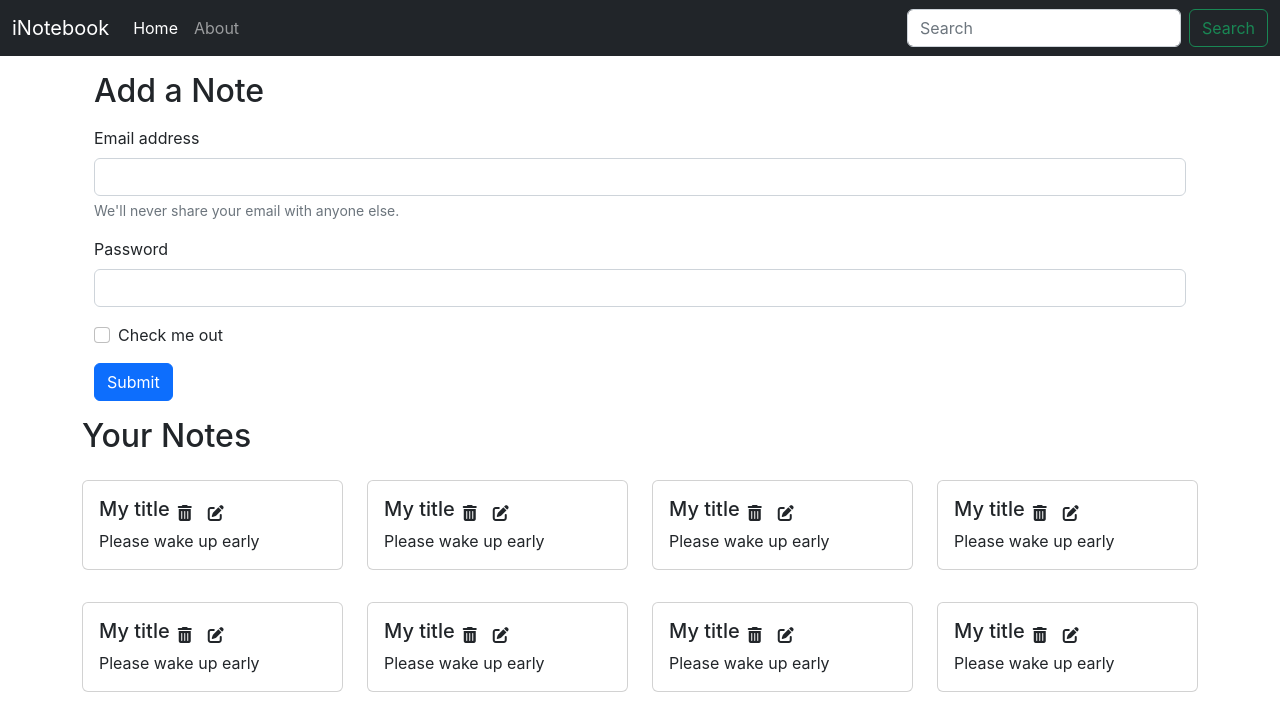
Repository: SatishPatil108/iNotebook-React
Page: /
The author's editor kept a copy of each file at every save. The page is drawn from the files as they stood at one save, then again after the next save.
The browser window is 1280 px wide. The pictures show the whole page.
Some web libraries are served in a nearby version. The project was rebuilt for these pictures with package versions that can differ from the ones it lists, and the page was loaded fresh each time. Also part of the build but not shown: src/App.css, src/components/About.js.

Above is the page before, as saved 2022-07-25 13:46:45.

### public/index.html
<!DOCTYPE html>
<html lang="en">

<head>
  <meta charset="utf-8" />
  <link rel="icon" href="%PUBLIC_URL%/favicon.ico" />
  <meta name="viewport" content="width=device-width, initial-scale=1" />
  <meta name="theme-color" content="#000000" />
  <meta name="description" content="Web site created using create-react-app" />
  <link rel="apple-touch-icon" href="%PUBLIC_URL%/logo192.png" />

  <link rel="manifest" href="%PUBLIC_URL%/manifest.json" />
  <link href="https://cdn.jsdelivr.net/npm/bootstrap@5.2.0/dist/css/bootstrap.min.css" rel="stylesheet"
    integrity="sha384-gH2yIJqKdNHPEq0n4Mqa/HGKIhSkIHeL5AyhkYV8i59U5AR6csBvApHHNl/vI1Bx" crossorigin="anonymous">

  <title>iNotebook - Your Notes Secured in the Cloud</title>
</head>

<body>
  <noscript>You need to enable JavaScript to run this app.</noscript>
  <div id="root"></div>
  <script src="https://kit.fontawesome.com/e892c3092d.js" crossorigin="anonymous"></script>
  <script src="https://cdn.jsdelivr.net/npm/@popperjs/core@2.11.5/dist/umd/popper.min.js"
    integrity="sha384-Xe+8cL9oJa6tN/veChSP7q+mnSPaj5Bcu9mPX5F5xIGE0DVittaqT5lorf0EI7Vk"
    crossorigin="anonymous"></script>
  <script src="https://cdn.jsdelivr.net/npm/bootstrap@5.2.0/dist/js/bootstrap.min.js"
    integrity="sha384-ODmDIVzN+pFdexxHEHFBQH3/9/vQ9uori45z4JjnFsRydbmQbmL5t1tQ0culUzyK"
    crossorigin="anonymous"></script>

</body>

</html>

### src/App.js
import './App.css';
import {
  BrowserRouter as Router,
  Routes,
  Route
} from "react-router-dom";
import Navbar from './components/Navbar';
import Home from './components/Home';
import About from './components/About';
import NoteState from './context/notes/NoteState';

function App() {
  return (
    <>
      <NoteState>
        <Router>
          <Navbar />
          <div className="container">
            <Routes>
              <Route exact path="/" element={<Home />}></Route>
              <Route exact path="/about" element={<About />}></Route>
            </Routes>
          </div>
        </Router>
      </NoteState>
    </>
  );
}

export default App;

### src/components/Navbar.js
import React, { useEffect } from 'react'
import { Link, useLocation } from "react-router-dom";

const Navbar = () => {

    let location = useLocation();
    useEffect(() => {
        console.log(location.pathname);
    }, [location]);
    return (
        <div>
            <nav className="navbar navbar-expand-lg navbar-dark  bg-dark">
                <div className="container-fluid">
                    <Link className="navbar-brand" to="/">iNotebook</Link>
                    <button className="navbar-toggler" type="button" data-bs-toggle="collapse" data-bs-target="#navbarSupportedContent" aria-controls="navbarSupportedContent" aria-expanded="false" aria-label="Toggle navigation">
                        <span className="navbar-toggler-icon"></span>
                    </button>
                    <div className="collapse navbar-collapse" id="navbarSupportedContent">
                        <ul className="navbar-nav me-auto mb-2 mb-lg-0">
                            <li className="nav-item">
                                <Link className={`nav-link ${location.pathname === "/" ? "active" : ""}`} aria-current="page" to="/">Home</Link>
                            </li>
                            <li className="nav-item">
                                <Link className={`nav-link ${location.pathname === "/about" ? "active" : ""}`} to="/about">About</Link>
                            </li>
                        </ul>
                        <form className="d-flex" role="search">
                            <input className="form-control me-2" type="search" placeholder="Search" aria-label="Search" />
                            <button className="btn btn-outline-success" type="submit">Search</button>
                        </form>
                    </div>
                </div>
            </nav>
        </div>
    )
}

export default Navbar

### src/components/Home.js
import Notes from './Notes';

const Home = () => {
    return (
        <div>
            <div className="container my-3">
                <h2>Add a Note</h2>
                <form className="my-3">
                    <div className="mb-3">
                        <label htmlFor="exampleInputEmail1" className="form-label">Email address</label>
                        <input type="email" className="form-control" id="exampleInputEmail1" aria-describedby="emailHelp" />
                        <div id="emailHelp" className="form-text">We'll never share your email with anyone else.</div>
                    </div>
                    <div className="mb-3">
                        <label htmlFor="exampleInputPassword1" className="form-label">Password</label>
                        <input type="password" className="form-control" id="exampleInputPassword1" />
                    </div>
                    <div className="mb-3 form-check">
                        <input type="checkbox" className="form-check-input" id="exampleCheck1" />
                        <label className="form-check-label" htmlFor="exampleCheck1">Check me out</label>
                    </div>
                    <button type="submit" className="btn btn-primary">Submit</button>
                </form>
            </div>
            <Notes />
        </div>
    )
}

export default Home

### src/context/notes/NoteState.js
import NoteContext from "./noteContext";
import { useState } from "react";
const NoteState = (props) => {
    const notesInitial = [
        {
            "_id": "62da4a9m3624101fbcba2f70b",
            "user": "62da3547e5c581994402a424",
            "title": "My title",
            "description": "Please wake up early",
            "tag": "Personal",
            "date": "2022-07-22T06:58:27.100Z",
            "__v": 0
        },
        {
            "_id": "62da4a9362b4101fbcba2f70d",
            "user": "62da3547e5c581994402a424",
            "title": "My title",
            "description": "Please wake up early",
            "tag": "Personal",
            "date": "2022-07-22T06:58:27.254Z",
            "__v": 0
        },
        {
            "_id": "62da4b55g247e3f71d9903681",
            "user": "62da3547e5c581994402a424",
            "title": "My title",
            "description": "Please wake up early",
            "tag": "Personal",
            "date": "2022-07-22T07:01:41.403Z",
            "__v": 0
        },
        {
            "_id": "62da89d600716s3cf4d1b5c32",
            "user": "62da3547e5c581994402a424",
            "title": "My title",
            "description": "Please wake up early",
            "tag": "Personal",
            "date": "2022-07-22T11:28:22.313Z",
            "__v": 0
        },
        {
            "_id": "62da4a936241s01fbcba2f70b",
            "user": "62da3547e5c581994402a424",
            "title": "My title",
            "description": "Please wake up early",
            "tag": "Personal",
            "date": "2022-07-22T06:58:27.100Z",
            "__v": 0
        },
        {
            "_id": "62da4a936241q01fbcba2f70d",
            "user": "62da3547e5c581994402a424",
            "title": "My title",
            "description": "Please wake up early",
            "tag": "Personal",
            "date": "2022-07-22T06:58:27.254Z",
            "__v": 0
        },
        {
            "_id": "62da4b55247e3lf71d9903681",
            "user": "62da3547e5c581994402a424",
            "title": "My title",
            "description": "Please wake up early",
            "tag": "Personal",
            "date": "2022-07-22T07:01:41.403Z",
            "__v": 0
        },
        {
            "_id": "62da89d60b07163cf4d1b5c32",
            "user": "62da3547e5c581994402a424",
            "title": "My title",
            "description": "Please wake up early",
            "tag": "Personal",
            "date": "2022-07-22T11:28:22.313Z",
            "__v": 0
        }
    ]

    const [notes, setNotes] = useState(notesInitial)

    return (
        <NoteContext.Provider value={{ notes, setNotes }}>
            {props.children}
        </NoteContext.Provider>
    )
}

export default NoteState;

### src/components/Notes.js
import React, { useContext } from 'react'
import noteContext from '../context/notes/noteContext';
import Noteitem from './Noteitem';

const Notes = () => {
    const context = useContext(noteContext);
    const { notes, setNotes } = context;

    return (
        <div className="row my-3">
            <h2>Your Notes</h2>
            {notes.map((note) => {
                return <Noteitem key={note._id} note={note} />
            })}
        </div>
    )
}

export default Notes

### src/components/Noteitem.js
import React from 'react'

const Noteitem = (props) => {
    const { note } = props;
    return (
        <div className="col-md-3">
            <div className="card my-3">
                <div className="card-body">
                    <div className="d-flex align-items-center">
                        <h5 className="card-title">{note.title}</h5>
                        <i className="fa-solid fa-trash-can mx-2"></i>
                        <i className="fa-solid fa-pen-to-square mx-2"></i>
                    </div>
                    <p className="card-text">{note.description}</p>
                </div>
            </div>
        </div>
    )
}

export default Noteitem

### src/components/Alert.js
import React from 'react'

export const Alert = (props) => {
    return (
        <div class="alert alert-primary" role="alert">
            {props.message}
        </div>
    )
}

Loaded but not shown: src/index.js (common file); src/index.css (common file); src/context/notes/noteContext.js (common file)

After the next save:
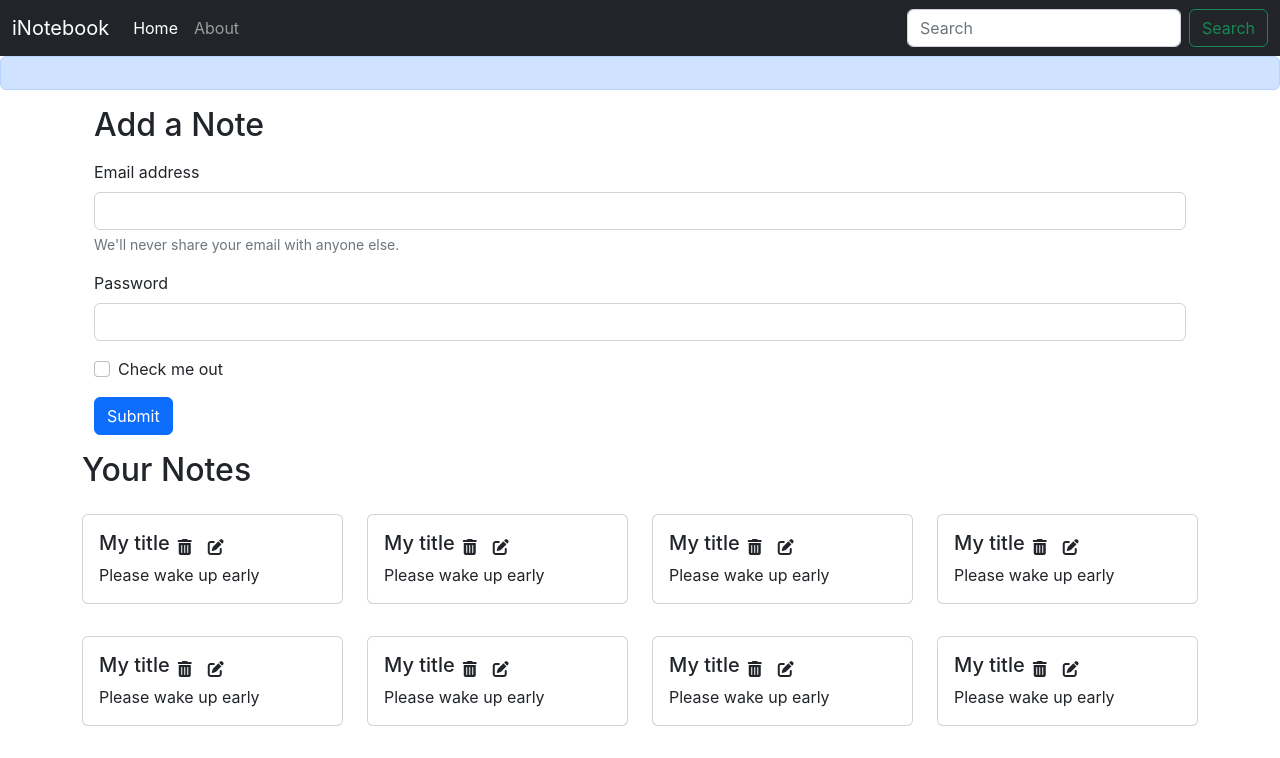
Saved 24 s later.
--- a/src/App.js
+++ b/src/App.js
@@ -8,6 +8,7 @@
 import Home from './components/Home';
 import About from './components/About';
 import NoteState from './context/notes/NoteState';
+import { Alert } from './components/Alert';
 
 function App() {
   return (
@@ -15,6 +16,7 @@
       <NoteState>
         <Router>
           <Navbar />
+          <Alert />
           <div className="container">
             <Routes>
               <Route exact path="/" element={<Home />}></Route>
